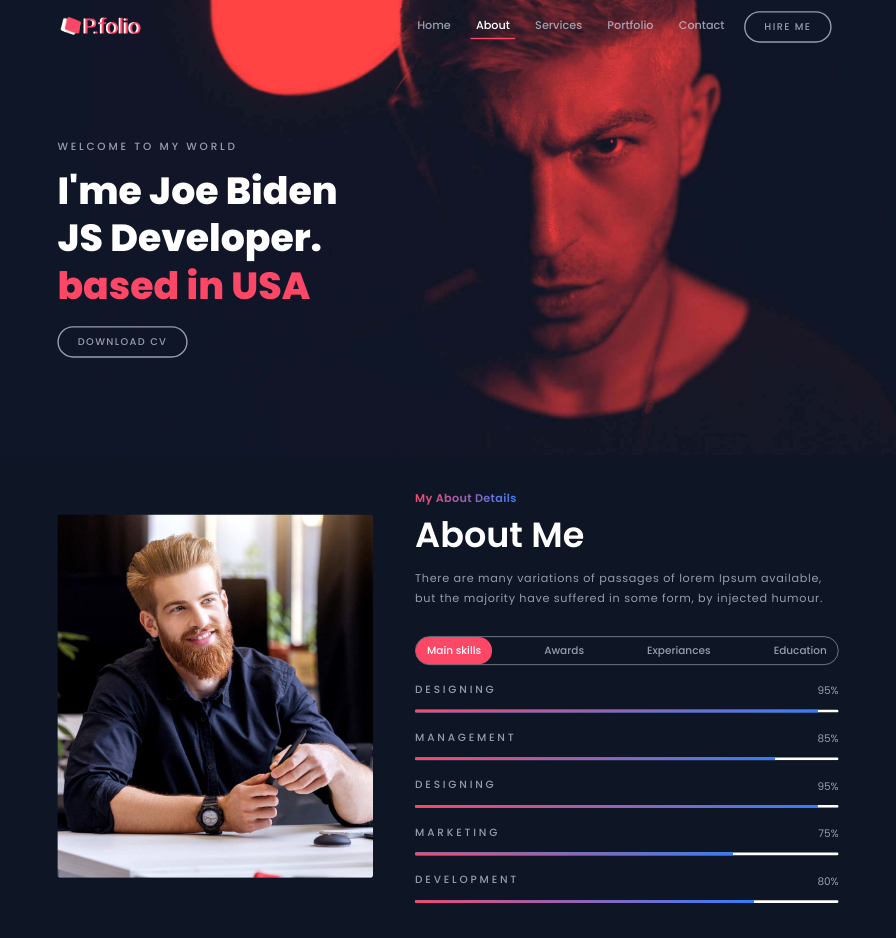
Repository: wadelfadill/Bootstrap_tache_3_responsive_portfolio
Page: index.html
An editor plug-in stored every save of this project. The page is shown before and after the next save, followed by the edit.
The browser window is 1280 px wide. The pictures show the whole page, at 70% of full size.
Backgrounds fixed to the window are drawn as part of the page. Some web libraries are served in a nearby version.

Above is the page before, as saved 2023-04-11 11:08:18.

### index.html
<!DOCTYPE html>
<html lang="en">
<head>
    <meta charset="UTF-8">
    <meta http-equiv="X-UA-Compatible" content="IE=edge">
    <meta name="viewport" content="width=device-width, initial-scale=1.0">
    <title>Bootstrap_Responsive_Portfolio</title>
    <!------ FAVICON ------->
    <link rel="icon" type="image/png" href="images/favicon.png">

    <!------------ Bootstrap link --------------->
    <link href="https://cdn.jsdelivr.net/npm/bootstrap@5.1.3/dist/css/bootstrap.min.css" rel="stylesheet" integrity="sha384-1BmE4kWBq78iYhFldvKuhfTAU6auU8tT94WrHftjDbrCEXSU1oBoqyl2QvZ6jIW3" crossorigin="anonymous">

    <!-------------- Font-awsome script  ------------->
    <script src="https://kit.fontawesome.com/8f130c8a35.js" crossorigin="anonymous"></script>

    <!------------ CSS files link  ------------->
    <link rel="stylesheet" href="css/style.css">
    <link rel="stylesheet" href="css/responsive-style.css">

    <!------------- Google-Font link ---------------->
    <link rel="stylesheet" href="https://fonts.googleapis.com/css2?family=Poppins%3Awght%40100%3B200%3B300%3B400%3B500%3B600%3B700%3B800%3B900&display=swap">
</head>
<body data-bs-spy="scroll" data-bs-target=".navbar" data-bs-offset="75">
    <!------------------------------------------------------>
        <!------------- Navbar Section ----------->
        <header class="header_wrapper">
            <nav class="navbar navbar-expand-lg fixed-top">
                <div class="container">
                  <a class="navbar-brand" href="#">
                    <img src="images/logo.png" alt="logo" class="img-fluid">
                  </a>
                  <button class="navbar-toggler" type="button" data-bs-toggle="collapse" data-bs-target="#navbarNav" aria-controls="navbarNav" aria-expanded="false" aria-label="Toggle navigation">
                    <i class="fa-solid fa-bars-staggered navbar-toggler-icon"></i>
                  </button>
                  <div class="collapse navbar-collapse justify-content-end" id="navbarNav">
                    <ul class="navbar-nav menu-navbar-nav">
                      <li class="nav-item">
                        <a class="nav-link active" aria-current="page" href="#home">Home</a>
                      </li>
                      <li class="nav-item">
                        <a class="nav-link" href="#about">About</a>
                      </li>
                      <li class="nav-item">
                        <a class="nav-link" href="#services">Services</a>
                      </li>
                      <li class="nav-item">
                        <a class="nav-link" href="#portfolio">Portfolio</a>
                      </li>
                      <li class="nav-item">
                        <a class="nav-link" href="#contact">Contact</a>
                      </li>
                      <li class="nav-item mt-3 mt-lg-0">
                        <a class="main-btn" href="#contact">Hire me</a>
                      </li>
                    </ul>
                  </div>
                </div>
              </nav>
        </header>
        <!----------- Navbar section end -------->
    <!------------------------------------------------------>
        <!----------- Banner section ------------->
        <section id="home" class="banner_wrapper">
            <div class="container">
                <div class="row">
                    <div class="col-sm-12 text-center text-md-start">
                        <h6>WELCOME TO MY WORLD</h6>
                        <h1>I'me Joe Biden <br> JS Developer. <span><br>based in USA</span></h1>
                        <div class="mt-4">
                            <a href="" class="main-btn">Download CV</a>
                        </div>
                    </div>
                </div>
            </div>
        </section>
        <!----------- Banner section end --------->
    <!------------------------------------------------------>
        <!----------- About section -------------->
        <section id="about" class="about_wrapper">
            <div class="container">
              <div class="row justify-content-between align-items-center">
                  <div class="col-lg-5 mb-lg-0">
                    <img src="images/about.jpg" alt="about-img" class="img-fluid rounded-3">
                  </div>
                  <div class="col-lg-7 ps-lg-5 text-center text-lg-start">
                    <div class="my-3 my-lg-0">
                      <span class="subtitle">My About Details</span>
                      <h2>About Me</h2>
                      <p>There are many variations of passages of lorem Ipsum available, but the majority have
                        suffered in some form, by injected humour.</p>
                    </div>
                    <div class="pt-4">
                      <ul class="nav nav-pills mb-3 justify-content-center justify-content-lg-between" id="pills-tab" role="tablist">
                        <li class="nav-item" role="presentation">
                          <button class="nav-link active" id="pills-skill-tab" data-bs-toggle="pill" data-bs-target="#pills-skill" type="button" role="tab" aria-controls="pills-skill" aria-selected="true">Main skills</button>
                        </li>
                        <li class="nav-item" role="presentation">
                          <button class="nav-link" id="pills-award-tab" data-bs-toggle="pill" data-bs-target="#pills-award" type="button" role="tab" aria-controls="pills-award" aria-selected="false">Awards</button>
                        </li>
                        <li class="nav-item" role="presentation">
                          <button class="nav-link" id="pills-experiance-tab" data-bs-toggle="pill" data-bs-target="#pills-experiance" type="button" role="tab" aria-controls="pills-experiance" aria-selected="false">Experiances</button>
                        </li>
                        <li class="nav-item" role="presentation">
                          <button class="nav-link" id="pills-education-tab" data-bs-toggle="pill" data-bs-target="#pills-education" type="button" role="tab" aria-controls="pills-education" aria-selected="false">Education</button>
                        </li>
                      </ul>
                      <div class="tab-content" id="pills-tabContent">
                        <div class="tab-pane fade show active" id="pills-skill" role="tabpanel" aria-labelledby="pills-skill-tab" tabindex="0">
                            <div class="single-progress">
                                <h6>Designing</h6>
                                <div class="progress">
                                  <div class="progress-bar" role="progressbar" aria-label="Basic example" style="width: 95%" aria-valuenow="25" aria-valuemin="0" aria-valuemax="100"></div>
                                </div>
                                <span class="label">95%</span>
                            </div>
                            <div class="single-progress">
                              <h6>Management</h6>
                              <div class="progress">
                                <div class="progress-bar" role="progressbar" aria-label="Basic example" style="width: 85%" aria-valuenow="25" aria-valuemin="0" aria-valuemax="100"></div>
                              </div>
                              <span class="label">85%</span>
                            </div>
                            <div class="single-progress">
                              <h6>Designing</h6>
                              <div class="progress">
                                <div class="progress-bar" role="progressbar" aria-label="Basic example" style="width: 95%" aria-valuenow="25" aria-valuemin="0" aria-valuemax="100"></div>
                              </div>
                              <span class="label">95%</span>
                            </div>
                            <div class="single-progress">
                              <h6>Marketing</h6>
                              <div class="progress">
                                <div class="progress-bar" role="progressbar" aria-label="Basic example" style="width: 75%" aria-valuenow="25" aria-valuemin="0" aria-valuemax="100"></div>
                              </div>
                              <span class="label">75%</span>
                            </div>
                            <div class="single-progress">
                              <h6>Development</h6>
                              <div class="progress">
                                <div class="progress-bar" role="progressbar" aria-label="Basic example" style="width: 80%" aria-valuenow="25" aria-valuemin="0" aria-valuemax="100"></div>
                              </div>
                              <span class="label">80%</span>
                            </div>
                        </div>
                        <div class="tab-pane fade" id="pills-award" role="tabpanel" aria-labelledby="pills-award-tab" tabindex="0">
                          <ul class="text-start ps-0">
                            <li>
                              <a href="#">
                              Awards.com<span>- Winner</span></a> 2019 -2020</li>
                            <li>
                              <a href="#">
                              CSS Design Awards<span>- Winner</span></a> 2017 - 2018</li>
                            <li>
                              <a href="#">
                              Design nominees<span>- Site of the day</span></a></li>
                            <li>
                              <a href="#">
                              Awards.com<span>- Winner</span></a> 2019 - 2020</li>
                          </ul>
                        </div>
                        <div class="tab-pane fade" id="pills-experiance" role="tabpanel" aria-labelledby="pills-experiance-tab" tabindex="0">
                          <ul class="text-start ps-0">
                              <li><a href="#">Sr. Front-end Engineer <span>- Google</span></a>2018 - Current</li>
                              <li><a href="#">Front-end Engineer<span>- Microsoft</span></a> 2017 - 2018</li>
                              <li><a href="#">Software Engineer<span>- Alibaba</span></a> 2013 - 2014</li>
                              <li><a href="#">Software Engineer<span>- Alibaba</span></a> 2013 - 2014</li>
                          </ul>
                        </div>
                        <div class="tab-pane fade" id="pills-education" role="tabpanel" aria-labelledby="pills-education-tab" tabindex="0">
                          <ul class="text-start ps-0">
                            <li><a href="#">Bsc In CSE <span>- ABC University, Los Angeles, CA</span></a>2010</li>
                            <li><a href="#">Dilploma in Computer Science<span>- Gama Technical</span></a> 2009</li>
                            <li><a href="#">Graphic Designer<span>- ABC Institute, Los Angeles, CA</span></a> 2007</li>
                            <li><a href="#">Graphic Designer<span>- ABC Institute, Los Angeles, CA</span></a> 2007</li>
                        </ul>
                        </div>
                      </div>
                    </div>
                  </div>
              </div>
            </div>
        </section>
        <!----------- About section end ---------->
    <!------------------------------------------------------->
        <!----------- Services section ----------->

        <!----------- Services section end ------->
    <!------------------------------------------------------->
        <!----------- Portfolio section ---------->

        <!----------- Portfolio section end ----->
    <!------------------------------------------------------->
        <!----------- Contact section ----------->

        <!----------- Contact section end ------->
    <!------------------------------------------------------->
        <!------------ Footer section ----------->

        <!------------ Footer section end ------->
    <!------------------------------------------------------->
        <!-- JS file link -->
        <script src="js/main.js"></script>
        <!---------------- bootstrap script -------------->
        <script src="https://cdn.jsdelivr.net/npm/bootstrap@5.1.3/dist/js/bootstrap.bundle.min.js" integrity="sha384-ka7Sk0Gln4gmtz2MlQnikT1wXgYsOg+OMhuP+IlRH9sENBO0LRn5q+8nbTov4+1p" crossorigin="anonymous"></script>
</body>
</html>

### css/style.css
/* TABLE OF CONTENTS */
/* --------------------
1. General
2.Navbar
3.Banner
4.About
5.Services
6.Portfolio
7.contact
8.Footer
---------------------- */

/* 1. General */
@import url('https://fonts.googleapis.com/css2?family=Poppins%3Awght%40100%3B200%3B300%3B400%3B500%3B600%3B700%3B800%3B900&display=swap');

*{
    box-sizing: border-box;
    margin: 0;
    padding: 0;
}
:root{
    /* Background Color */
    --primary-color:#FD4766;
    --secondary-color:#0e1525;
    --bg-dark-blue:#091020;
    --bg-white:#fff;
    --gray-color:#c6c9d8bf;
    --gradient-color: linear-gradient(-224deg, var(--primary-color) 0, #337Dff 100%);
    --gradient-text: linear-gradient(120deg, #1C99FE 20.69%, #7644FF 50.19%, var(--primary-color) 79.69%);
    filter: progid:DXImageTransform.Microsoft.gradient(startColorstr='var(--primary-color)', endColorstr='var(--secondary-color)', GradientType=1);

    /* Text Color */
    --primary-font: 'Poppins', 'sans-serif';
    --primary-text: #FD4766;
    --text-gray: #c6c9d8bf;
    --text-white:#fff;

}

body{
    font-family: var(--primary-font);
    background-color: var(--secondary-color);
}
a{
    text-decoration: none;
}

/* 2. custom css */
::-webkit-scrollbar{
    width: 6px;
}
::-webkit-scrollbar-track{
    background: var(--bg-dark-blue);
}
::-webkit-scrollbar-thumb{
    background: var(--primary-color);
}
input[type=number]::-webkit-inner-spin-button,
input[type=number]::-webkit-outer-spin-button{
    -webkit-appearance: none;
    margin: 0;
}

section{
    padding: 50px 0;
}
.main-btn{
    display: inline-block;
    border-radius: 50px;
    transition: all .4s ease-in-out;
    padding: 10px 27px;
    background-color: transparent;
    border: 2px solid var(--gray-color);
    color: var(--text-gray);
    font-weight: 500;
    font-size: 14px;
    text-transform: uppercase;
    letter-spacing: 2px;
    text-decoration: none;
}
.main-btn:hover{
    background-color: var(--primary-color);
    border-color: var(--primary-color);
    color: var(--text-white);

}
h1{
    font-size: 54px;
    line-height: 68px;
    font-weight: 800;
    color: var(--text-white);
    margin-bottom: 20px;
}
h1 span{
    color: var(--primary-color);
}
h2{
    font-size: 50px;
    line-height: 1.3;
    font-weight: 600;
    color: var(--text-white);
    margin-bottom: 15px;
}
h3{
    font-size: 20px;
    font-weight: 800;
    color: var(--text-white);
    margin-bottom: 19px;
}
h6{
    font-size: 15px;
    text-transform: uppercase;
    letter-spacing: 4px;
    display: block;
    color: var(--text-gray);
    margin-bottom: 20px;
}

p{
    color: var(--text-gray);
    font-size: 16px;
    line-height: 28px;
    letter-spacing: 1px;
    font-weight: 400;
}

.subtitle{
    display: inline-block;
    font-weight: 600;
    letter-spacing: 0.5px;
    line-height: 18px;
    font-size: 16px;
    margin-bottom: 12px;
    background: var(--gradient-color);
    -webkit-background-clip: text;
    -webkit-text-fill-color: transparent;
}
input:hover,
input:focus,
textarea:hover,
textarea:focus,
button{
    outline: none !important;
    box-shadow: none !important;
}

/* 2. Navbar */
.header_wrapper .navbar{
    padding: 15px 0;
    -webkit-transition: all .2s linear;
    -o-transition: all .2s linear;
    transition: all .2s linear;

}
.header_wrapper .navbar-brand img{
    max-width: 120px;
    height: auto;
}
.header_wrapper .navbar-toggler{
    border: 0;
    color: var(--gray-color);
    line-height: 2;
}
.header_wrapper .navbar-toggler:focus{
    box-shadow: none;
}
.header_wrapper .nav-item{
    margin: 0 10px;
}
.header_wrapper .nav-item .nav-link{
    position: relative;
    font-size: 16px;
    font-weight: 500;
    color: var(--text-gray);
    display: inline-block;
}
.header_wrapper .nav-item .nav-link::after{
    position: absolute;
    content: '';
    left: 0;
    width: 0;
    height: 2px;
    background: var(--primary-color);
    transition: 0.3s;
    bottom: 0;
}
.header_wrapper .nav-item .nav-link.active::after,
.header_wrapper .nav-item .nav-link:hover::after{
    width: 100%;

}
.header_wrapper .nav-item .nav-link.active,
.header_wrapper .nav-item .nav-link:hover{
     color: var(--text-white);
}
.header-scrolled{
    position: fixed;
    top: 0;
    left: 0;
    width: 100%;
    background-color: var(--bg-dark-blue);
    -webkit-box-shadow: 0 4px 6px 0 rgba(12, 0, 46, .05);
    box-shadow: 0 4px 6px 0 rgba(12, 0, 46, .05);
}
.header-scrolled .nav-item .nav-link.active,
.header-scrolled .nav-item .nav-link:hover{
     color: var(--primary-text);
}
/* 3. Banner */
.banner_wrapper{
    width: 100%;
    height: auto;
    min-height: 650px;
    background-image: url('../images/bg-image.jpg');
    background-repeat: no-repeat;
    background-position: center center;
    background-size: cover;
    background-attachment: fixed;
    padding: 200px 0 100px 0;
}
/* 4. About */
.about_wrapper ul.nav-pills{
    border: 1px solid var(--gray-color);
    border-radius: 50px;

}
.about_wrapper ul li .nav-link{
    border-radius: 50px;
    font-size: 15px;
    font-weight: 500;
    transition: all 0.45s cubic-bezier(0,0,0.2,1);
    display: inline-block;
    color: var(--text-gray);
    border: 0;
}
.about_wrapper ul li .nav-link.active{
    background-color: var(--primary-color);
}
.about_wrapper .single-progress{
    margin-top: 26px;
    position: relative;
    overflow: hidden;
}
.about_wrapper .single-progress .progress{
    height: 4px;
    box-shadow: none;
    border-radius: 4px;
    background-color: var(--bg-white);
    overflow: visible;
}
.about_wrapper .single-progress .progress-bar{
    background-image: var(--gradient-color);
}
.about_wrapper .single-progress h6{
    text-align: left;
}
.about_wrapper .single-progress .label{
    position: absolute;
    right: 0;
    top: 0;
    color: var(--text-gray);
    font-size: 15px;
}
.about_wrapper .tab-pane li{
    color: var(--gray-color);
    font-size: 16px;
    margin-bottom: 15px;
    font-weight: 300;
    list-style: none;
}
.about_wrapper .tab-pane li a{
    font-weight: 500;
    display: block;
    color: var(--text-gray);
}

### css/responsive-style.css
@media (max-width:991px){

    /* Custom css */
    section{
        padding: 30px 0;
    }
    h2{
        font-size: 30px;
        line-height: 40px;
    }
    h3{
        font-size: 20px;
    }
    /* 2. Navbar */
    .header-scrolled{
        height: auto;
    }
    .header_wrapper .menu-navbar-nav{
        text-align: center;
        background-color: var(--bg-dark-blue);
        padding-bottom: 15px;
    }
    .header_wrapper .nav-item .nav-link{
        margin-top: 15px;
    }
    /* banner wrapper */
    .banner_wrapper{
        padding: 200px 0;
    }
    /* About wrapper */
    .about_wrapper ul.nav-pills{
        width: 61%;
        margin: auto;
    }
}



@media (max-width:767px){
    /* Custom css */
    section{
        padding: 30px 0;
    }
    h1{
        font-size: 40px;
        line-height: 48px;
    }
    h2{
        font-size: 25px;

    }
    p{
        font-size: 13px;
        line-height: 24px;
    }
    /* About wrapper */
    .about_wrapper ul.nav-pills{
        width: 100%;
        margin: auto;
        border: 0;
    }
    /* About wrapper */
    .about_wrapper ul.nav-pills{
        width: 61%;
        /* margin: auto; */
    }
    .about_wrapper ul li .nav-link{
        font-size: 13px;
    }
}

### js/main.js
//Header Scroll
let nav = document.querySelector(".navbar");
window.onscroll = function () {
    if(document.documentElement.scrollTop > 20){
        nav.classList.add("header-scrolled");
    }else{
        nav.classList.remove("header-scrolled");
    }
}

// nav hide
let navBar = document.querySelectorAll(".nav-link");
let navCollapse = document.querySelector(".navbar-collapse.collapse");
navBar.forEach(function(a){
    a.addEventListener("click", function(){
        navCollapse.classList.remove("show")
    })
})

After the next save:
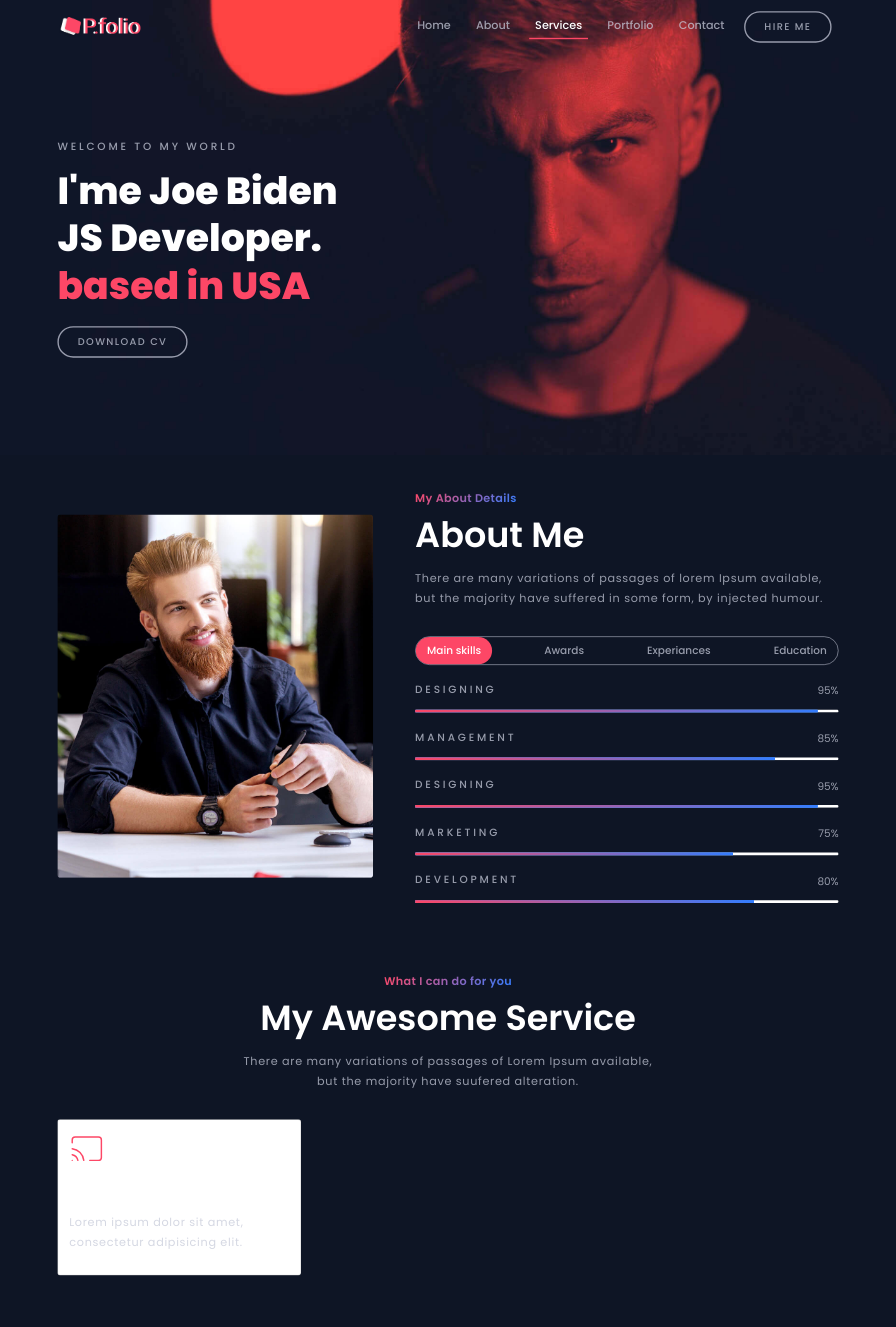
Saved 16 min 59 s later.
--- a/index.html
+++ b/index.html
@@ -184,7 +184,31 @@
         <!----------- About section end ---------->
     <!------------------------------------------------------->
         <!----------- Services section ----------->
-
+        <section id="services" class="services_wrapper">
+            <div class="container">
+              <div class="row">
+                <div class="col-sm-12 text-center mb-4">
+                  <span class="subtitle">
+                    What I can do for you
+                  </span>
+                  <h2>My Awesome Service</h2>
+                  <p>There are many variations of passages of Lorem Ipsum available,
+                    <br class="d-none d-md-block"> but the majority have suufered alteration.</p>
+                </div>
+                <div class="row">
+                  <div class="col-lg-4 col-md-6 mb-4">
+                    <div class="card">
+                      <div class="card-body text-md-start text-center">
+                        <img src="images/service/service-1.svg" alt="service-img-1" class="img-fluid mb-4">
+                        <h3>Business Strategy</h3>
+                        <p>Lorem ipsum dolor sit amet, consectetur adipisicing elit.</p>
+                      </div>
+                    </div>
+                  </div>
+                </div>
+              </div>
+            </div>
+        </section>
         <!----------- Services section end ------->
     <!------------------------------------------------------->
         <!----------- Portfolio section ---------->
